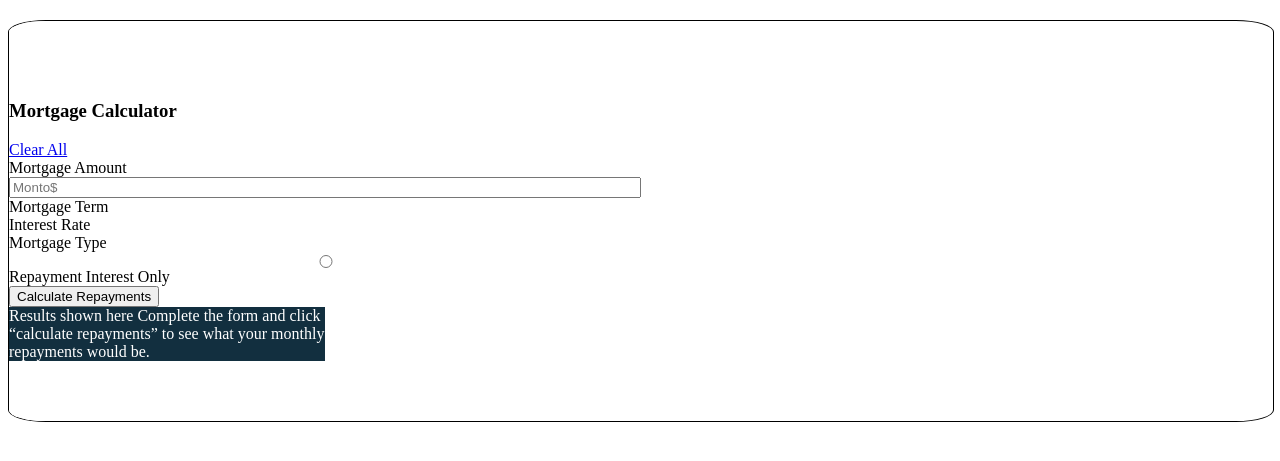
Repository: GravielPV/Mortgage-repayment-calculator
Page: index.html
These files come from the project's save history. The page is drawn as it stood at one moment and after a run of saves; the edit follows.
The browser window is 1280 px wide. The pictures show the whole page.

Above is the page before, as saved 2025-12-11 16:55:07.

After the next 4 saves:
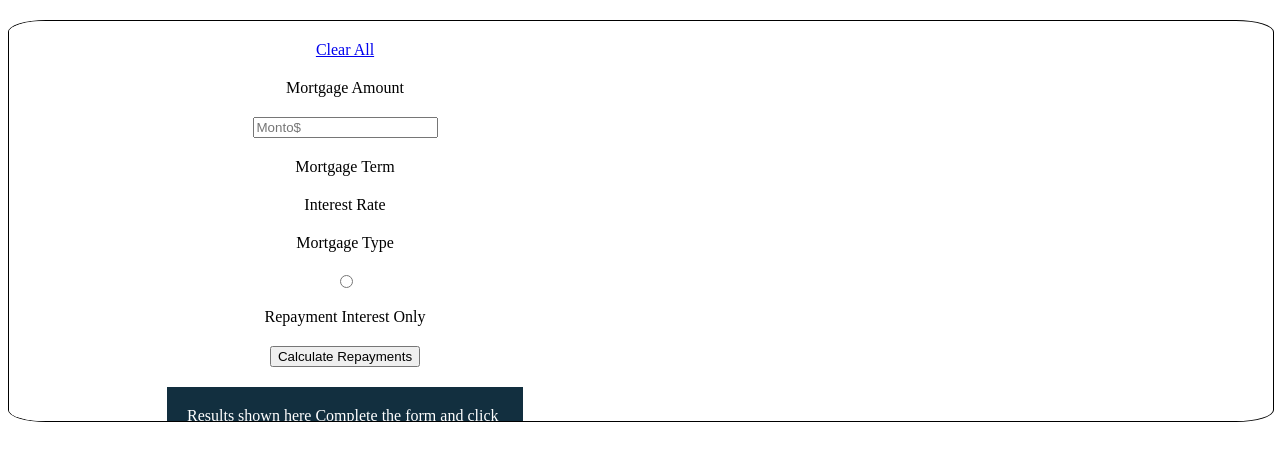
The 4 saves are shown as one change because they came seconds apart.
The last was saved 10 s later.
--- a/styles.css
+++ b/styles.css
@@ -13,6 +13,10 @@ border: 1px solid rgb(0, 0, 0);
     display: flex;
     flex-direction: column;
     justify-content: center;
+    align-items: center;
+    gap: 20px;
+    padding: 20px;
+
 
 }
 
